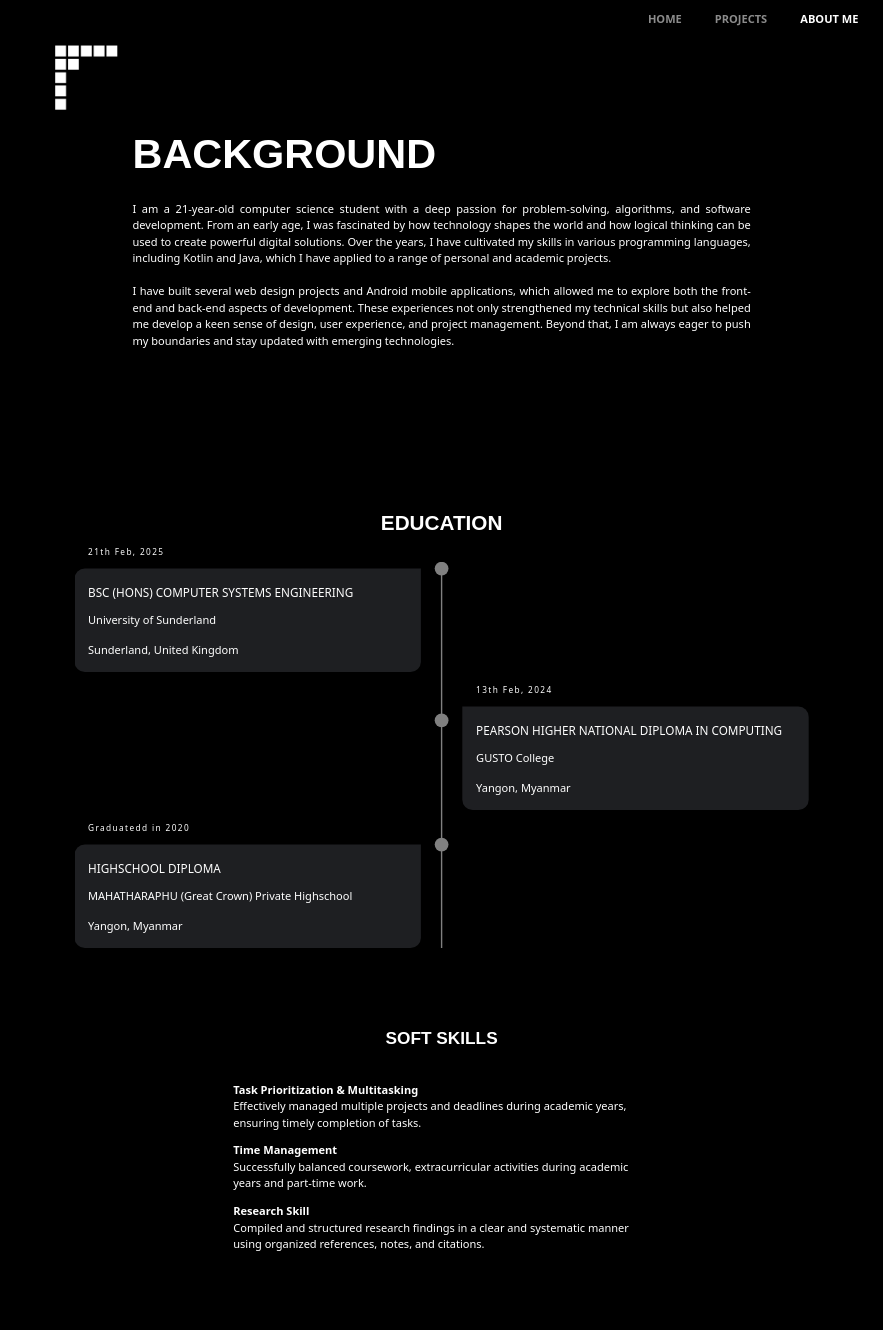
Repository: pyaestk/Portfolio-template
Page: aboutme.html
The author's editor kept a copy of each file at every save. The page is drawn from the files as they stood at one save, then again after the next save.
The browser window is 1280 px wide. The pictures show the whole page, at 69% of full size.
Some web fonts or font styles are not loaded; a fallback is used. Some web libraries are served in a nearby version.

Above is the page before, as saved 2025-05-24 20:07:12.
Console error: TypeError: Cannot read properties of null (reading 'addEventListener')

After the next save:
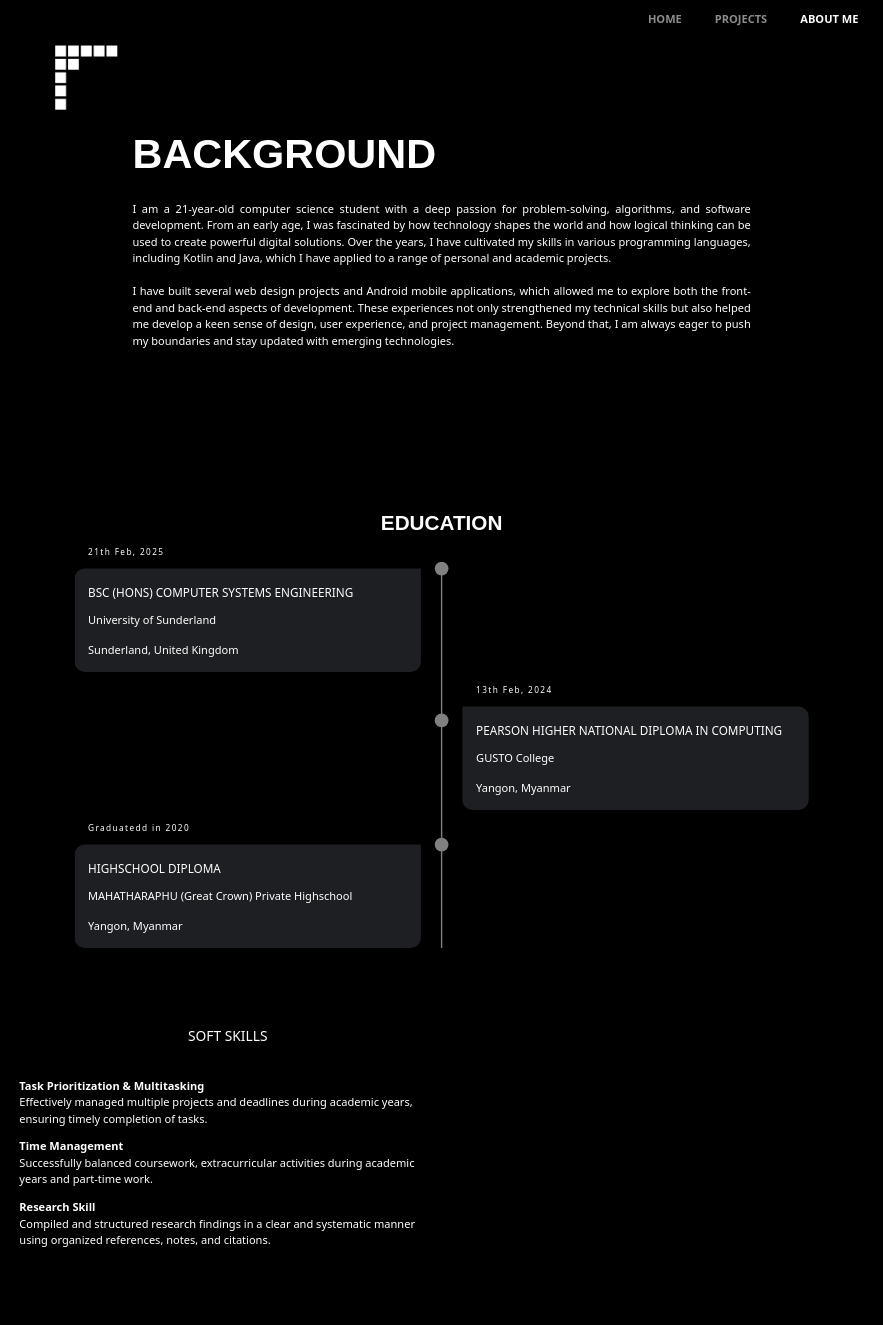
Saved 21 s later.
--- a/styles.css
+++ b/styles.css
@@ -213,35 +213,6 @@ video {
 }
 
 
-.skills-container h5 {
-  font-size: 25px;
-  font-weight: bolder;
-  font-family: "Doto", sans-serif;
-
-}
-.skills-container {
-  display: flex;
-  justify-content: space-evenly;
-}
-
-.skills-container .general-skills, .technical-skills{
-  background-color: rgba(29, 29, 29, 0.671);
-  color: white;
-  border-radius: 10px;
-  padding: 30px 40px;
-  text-align: start;
-}
-
-.skills-container .general-skills:hover, .technical-skills:hover{
-  box-shadow: 0 0 15px rgb(255, 255, 255);
-  transition: all 0.3s ease-in-out;
-}
-
-.tech-icon{
-  width: 30px;
-  height: 30px;
-  margin-bottom: 10px;
-}
 
 
 
